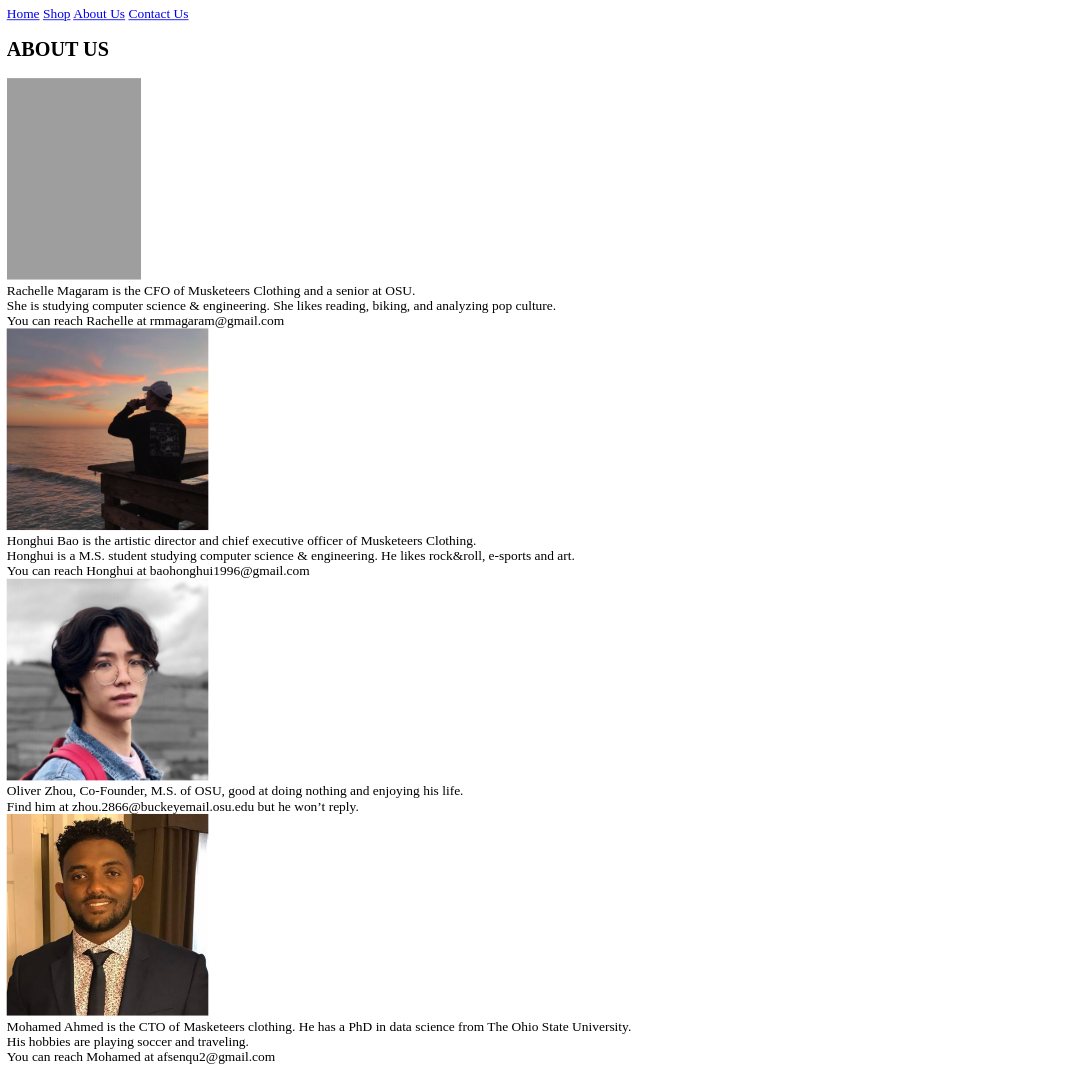
Repository: hamadanoor9/musketeers
Page: http://localhost/MusketeersClothing/WEB-INF/jsp/AboutUs.jsp
These files come from the project's save history. The page is drawn as it stood at one moment and after the next save; the edit follows.
The browser window is 1280 px wide. The pictures show the whole page, at 84% of full size.
Pictures or frames that could not be fetched are drawn as grey boxes. The page is served by Tomcat 9. Nobody is signed in. Other server files are loaded and not shown. The template is opened directly, without the code that normally fills it, so the values that code supplies are empty.

Above is the page before, as saved 2019-10-07 01:31:16.

### MusketeersClothing/WebContent/WEB-INF/jsp/AboutUs.jsp
<%@ page language="java" contentType="text/html; charset=UTF-8"
    pageEncoding="UTF-8"%>
<!DOCTYPE html>
<html>
<head>
<meta charset="UTF-8">
<title>Meet the Team</title>
<jsp:include page="Header.jsp" />
<body>
<h2>ABOUT US</h2>
<img src="images/JKM_4153.jpg" height="240" width="160">
<br>
Rachelle Magaram is the CFO of Musketeers Clothing and a senior at OSU.
<br>She is studying computer science & engineering.
She likes reading, biking, and analyzing pop culture.
<br>You can reach Rachelle at rmmagaram@gmail.com

<br><img src="images/IMG_3451.jpg" height = "240" width="240">
<br>
Honghui Bao is the artistic director and chief executive officer of Musketeers Clothing.
<br>Honghui is a M.S. student studying computer science & engineering.
He likes rock&roll, e-sports and art.
<br> You can reach Honghui at baohonghui1996@gmail.com

<br><img src="images/Ollie.jpg" height = "240" width="240">
<br>Oliver Zhou, Co-Founder, M.S. of OSU, good at doing nothing and enjoying his life.
<br>Find him at zhou.2866@buckeyemail.osu.edu but he won’t reply.

<br><img src="images/MA.jpeg" height = "240" width="240">
<br>Mohamed Ahmed is the CTO of Masketeers clothing. He has a PhD in data science from The Ohio State University.
<br>His hobbies are playing soccer and traveling.
<br>You can reach Mohamed at afsenqu2@gmail.com

</body>
</head>
<body>

</body>
</html>

### MusketeersClothing/WebContent/WEB-INF/jsp/Header.jsp
<%@ page language="java" contentType="text/html; charset=UTF-8"
    pageEncoding="UTF-8"%>
<!DOCTYPE html>
<html>
<head>
<meta charset="UTF-8">
<title>Menu</title>
<body>
<a href="/MusketeersClothing">Home</a>
<a href="/MusketeersClothing/purchase">Shop</a>
<a href="/MusketeersClothing/aboutus">About Us</a>
<a href="/MusketeersClothing/contactus">Contact Us</a>
<br>
</body>

</head>
<body>

</body>
</html>

### MusketeersClothing/WebContent/WEB-INF/jsp/Footer.jsp
<%@ page language="java" contentType="text/html; charset=UTF-8"
    pageEncoding="UTF-8"%>
<!DOCTYPE html>
<html>
<head>
<meta charset="UTF-8">
<title>Copyright Information</title>
<br>
<br>
<body>Copyright Information <br>

PRIVACY POLICY | TERMS OF USE</body>
</head>
<body>

</body>
</html>

After the next save:
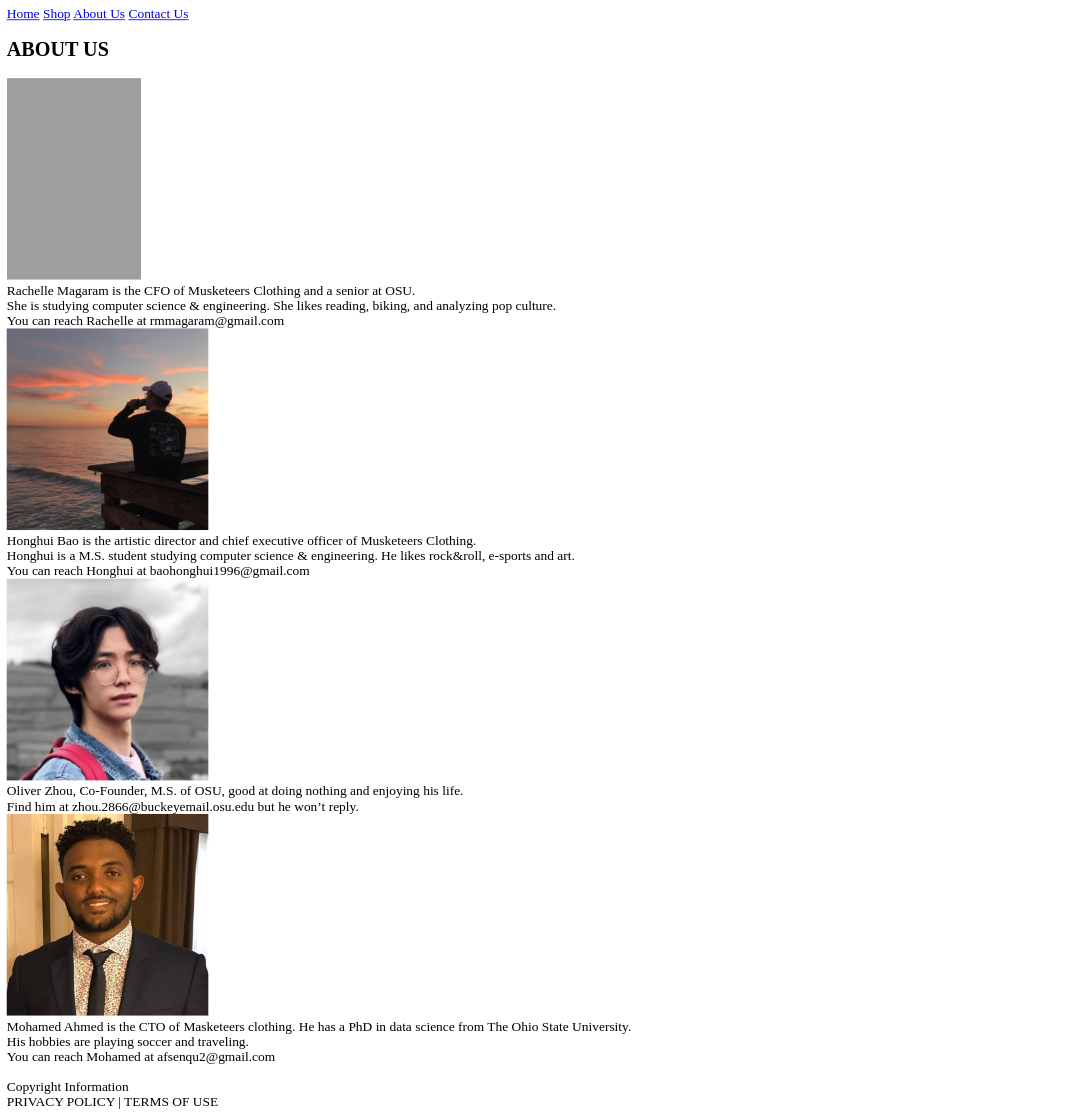
Saved 6 min 36 s later.
--- a/MusketeersClothing/WebContent/WEB-INF/jsp/AboutUs.jsp
+++ b/MusketeersClothing/WebContent/WEB-INF/jsp/AboutUs.jsp
@@ -33,7 +33,5 @@ He likes rock&roll, e-sports and art.
 
 </body>
 </head>
-<body>
-
-</body>
+<jsp:include page="Footer.jsp" />
 </html>
